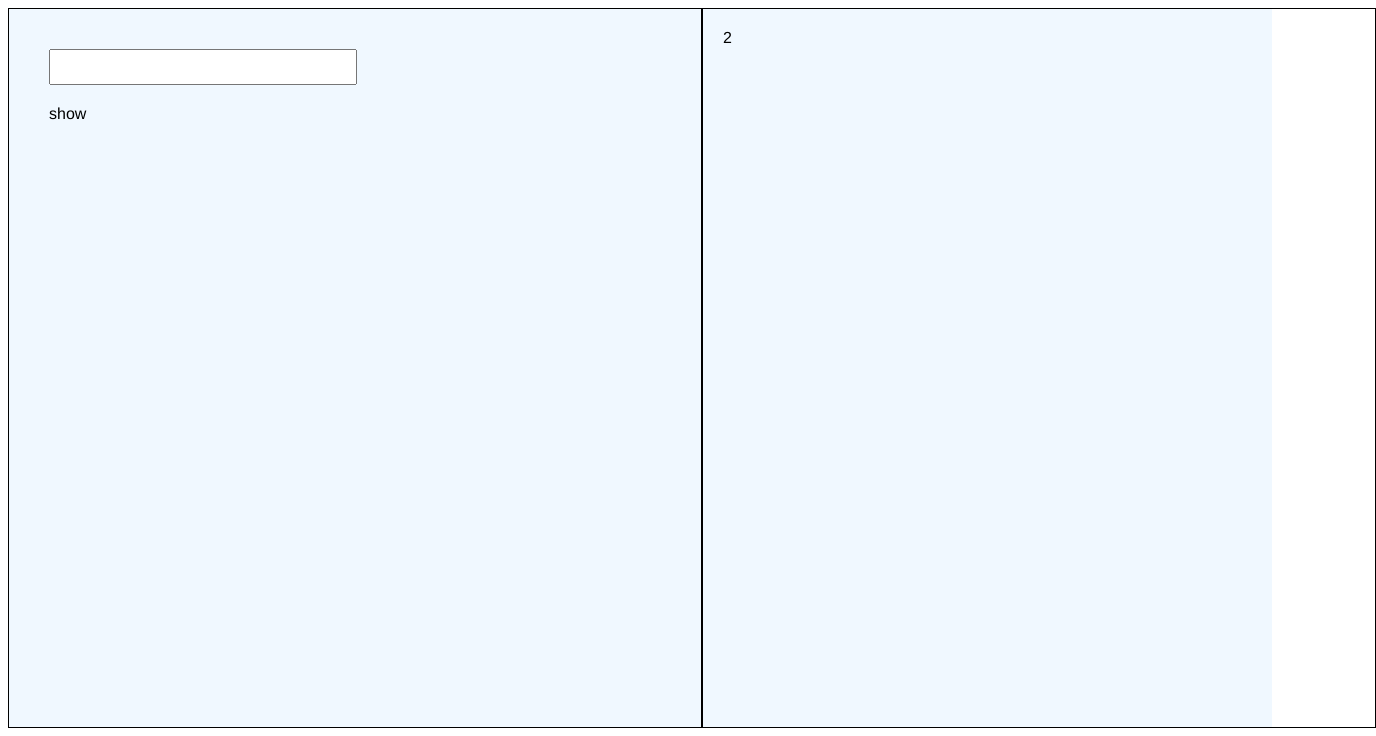
Repository: andrii1/react-gifs
Page: /
The author's editor kept a copy of each file at every save. The page is drawn from the files as they stood at one save, then again after the next save.
The browser window is 1280 px wide. The page is 1376 px wide, so the pictures cover 1376 px, including what lies to the right of the window. The pictures show the whole page.
The project was rebuilt for these pictures with package versions that can differ from the ones it lists, and the page was loaded fresh each time. Also part of the build but not shown: webpack.config.js.

Above is the page before, as saved 2022-02-11 15:36:37.

### src/index.jsx
import React from 'react';
import ReactDOM from 'react-dom';
import App from './components/App';

import '../assets/stylesheets/application.scss';

const root = document.getElementById('root');
if (root) {
  ReactDOM.render(<App />, root);
}

### src/components/App.jsx
import React, { Component } from 'react';
import ReactDOM from 'react-dom';

class App extends Component {
  //state = {  }
  render() {
    return (<div className="app">

        <div className="left">
          <div className="left-container">
            <div className="search">
              <input type="text" name="search" />
            </div>
            <div className="show">show</div>
          </div>
        </div>
        <div className="right">2</div>

    </div>);
  }
}

export default App;

### assets/stylesheets/application.scss
body {
  font-family: Helvetica;
}

#root .app {
  height: 100vh;
  display: flex;
  align-items: top;
  justify-content: space-between;
  background-color: aliceblue;
}
.app {
  background-color: aliceblue;
}



.left {
  flex: 0 0 50%;
  border: black 1px solid;
  padding: 20px 20px 20px 40px;
}

.right {
  flex: 0 0 50%;
  border: black 1px solid;
  padding: 20px 20px 20px 20px;
}

.left-container {
  display: flex;
  flex-direction: column;
}

.search {
  padding:20px 20px 20px 0;
}

input[type=text] {
  height: 30px;
  width: 300px
}

After the next save:
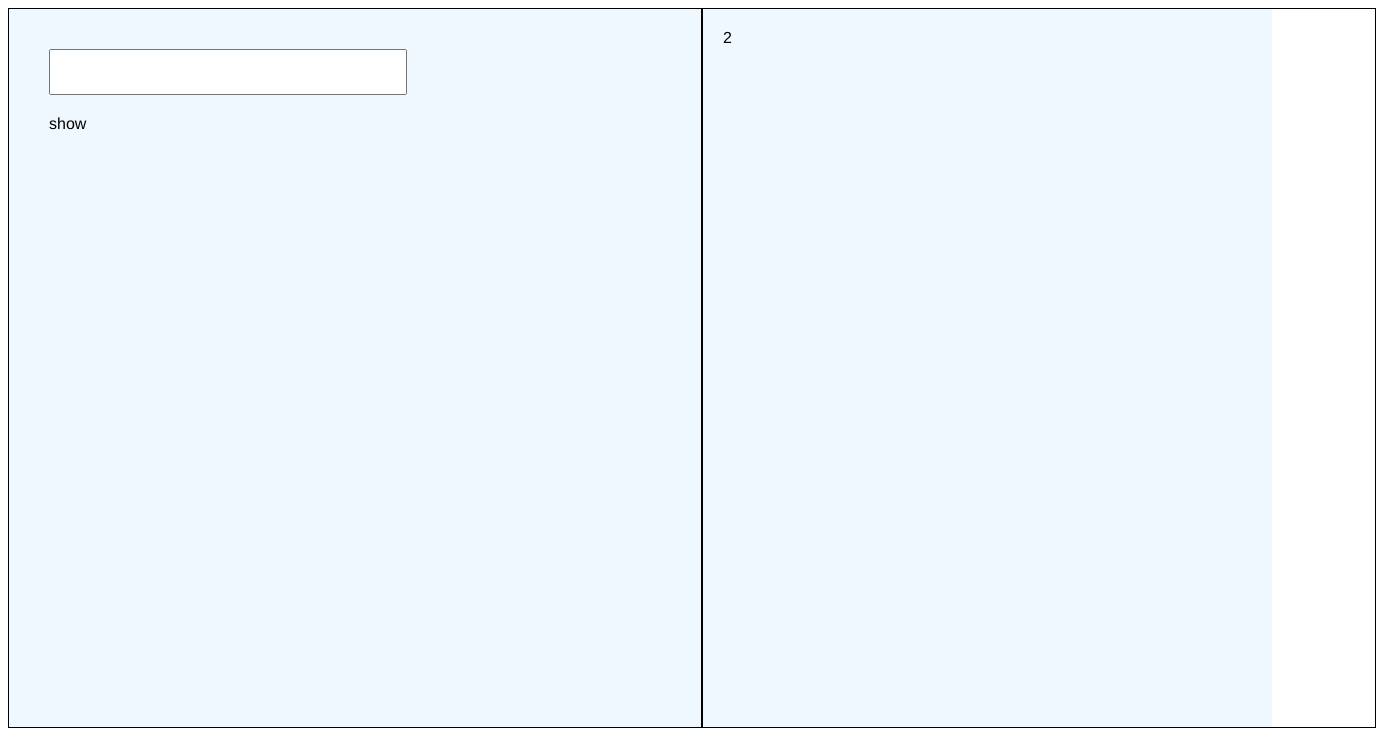
Saved 13 s later.
--- a/assets/stylesheets/application.scss
+++ b/assets/stylesheets/application.scss
@@ -37,6 +37,6 @@ body {
 }
 
 input[type=text] {
-  height: 30px;
-  width: 300px
+  height: 40px;
+  width: 350px
 }
